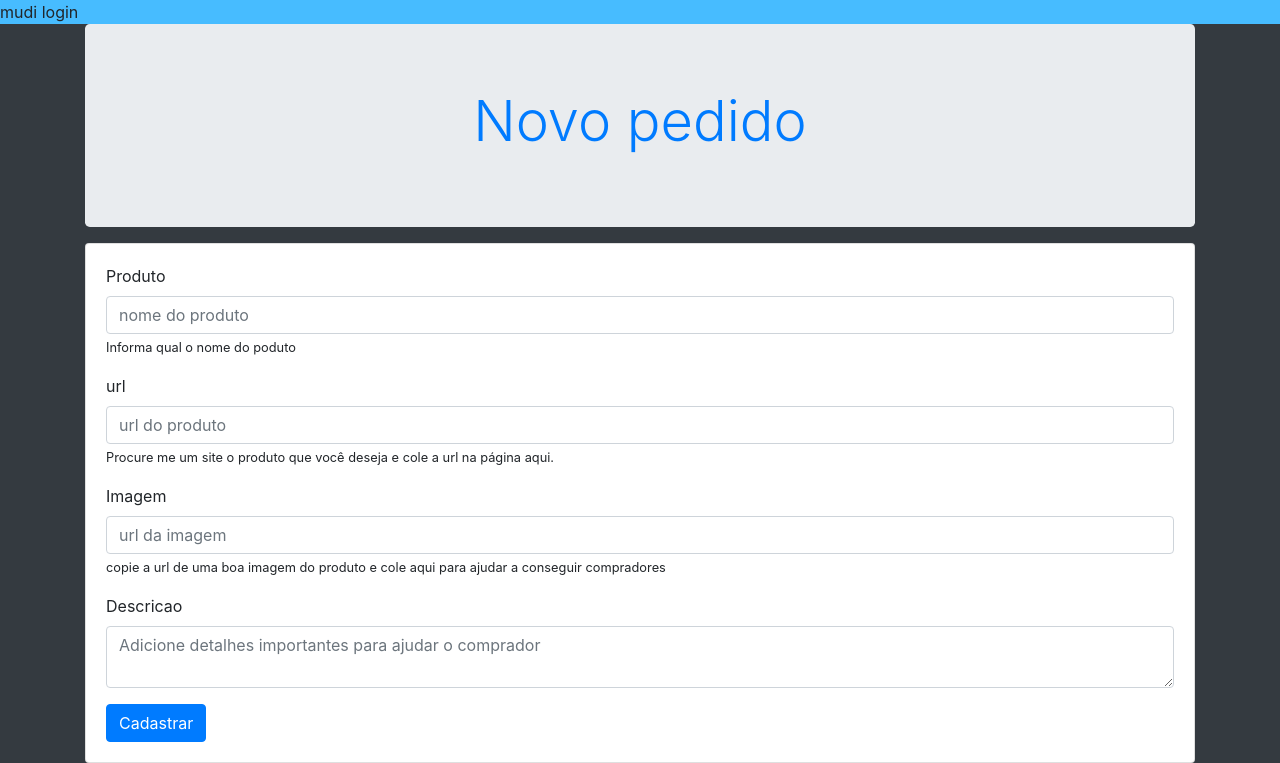
Repository: Erick-Fernandes-dev/Spring_MVC_Part2
Page: http://localhost/pedido/formulario
An editor plug-in stored every save of this project. The page is shown before and after the next save, followed by the edit.
The browser window is 1280 px wide. The pictures show the whole page.
The page is this project's Thymeleaf template; nobody is signed in. The template is opened directly, without the code that normally fills it, so the values that code supplies are empty.

Above is the page before, as saved 2022-05-26 18:58:34.

After the next save:
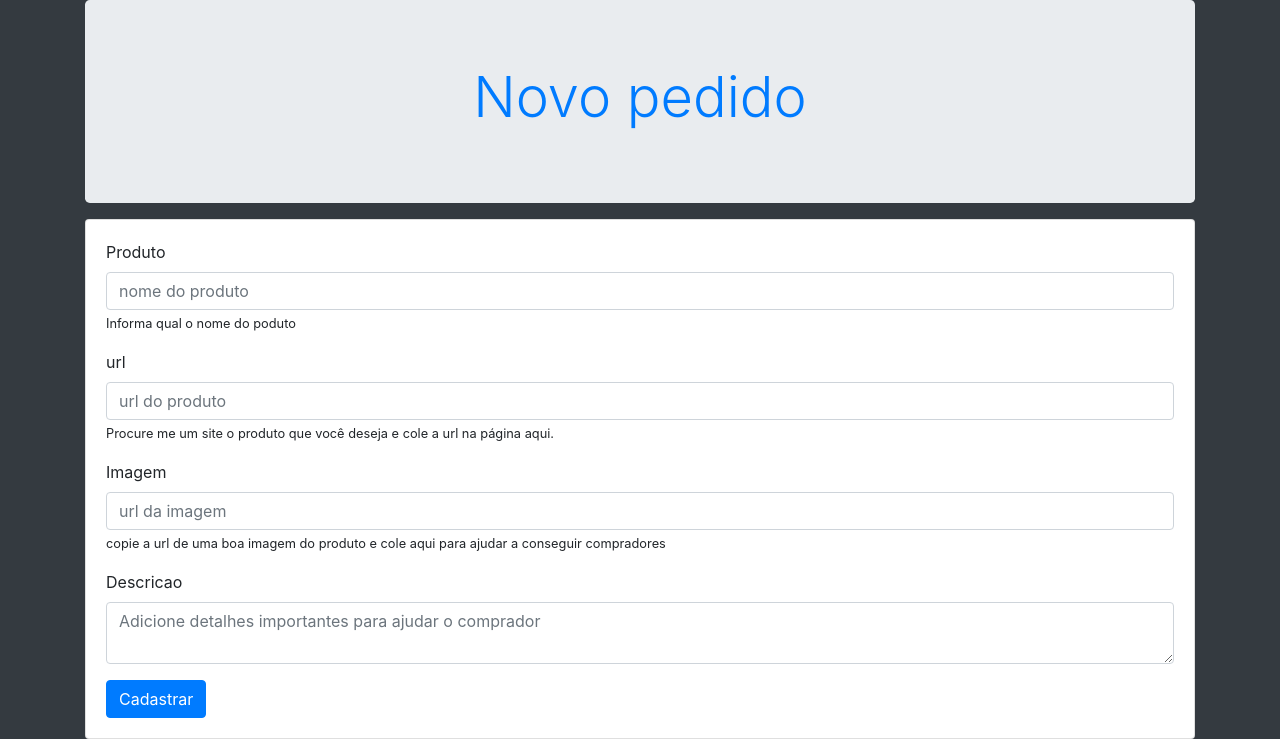
Saved 82 s later.
--- a/mudi/src/main/resources/templates/pedido/formulario.html
+++ b/mudi/src/main/resources/templates/pedido/formulario.html
@@ -8,28 +8,10 @@
 		integrity="sha384-JcKb8q3iqJ61gNV9KGb8thSsNjpSL0n8PARn9HuZOnIxN0hoP+VmmDGMN5t9UJ0Z"
 		crossorigin="anonymous">
 
-	<style type="text/css">
-
-		.logo-container {
-
-			background-color: #47bcff;
-
-		}
-
-	</style>
-
-
 </head>
 </head>
 
 <body class="bg-dark">
-
-	<div class="logo-container">
-
-		<span>mudi</span>
-		<span>login</span>
-
-	</div>
 
 	<div class="container">
 
